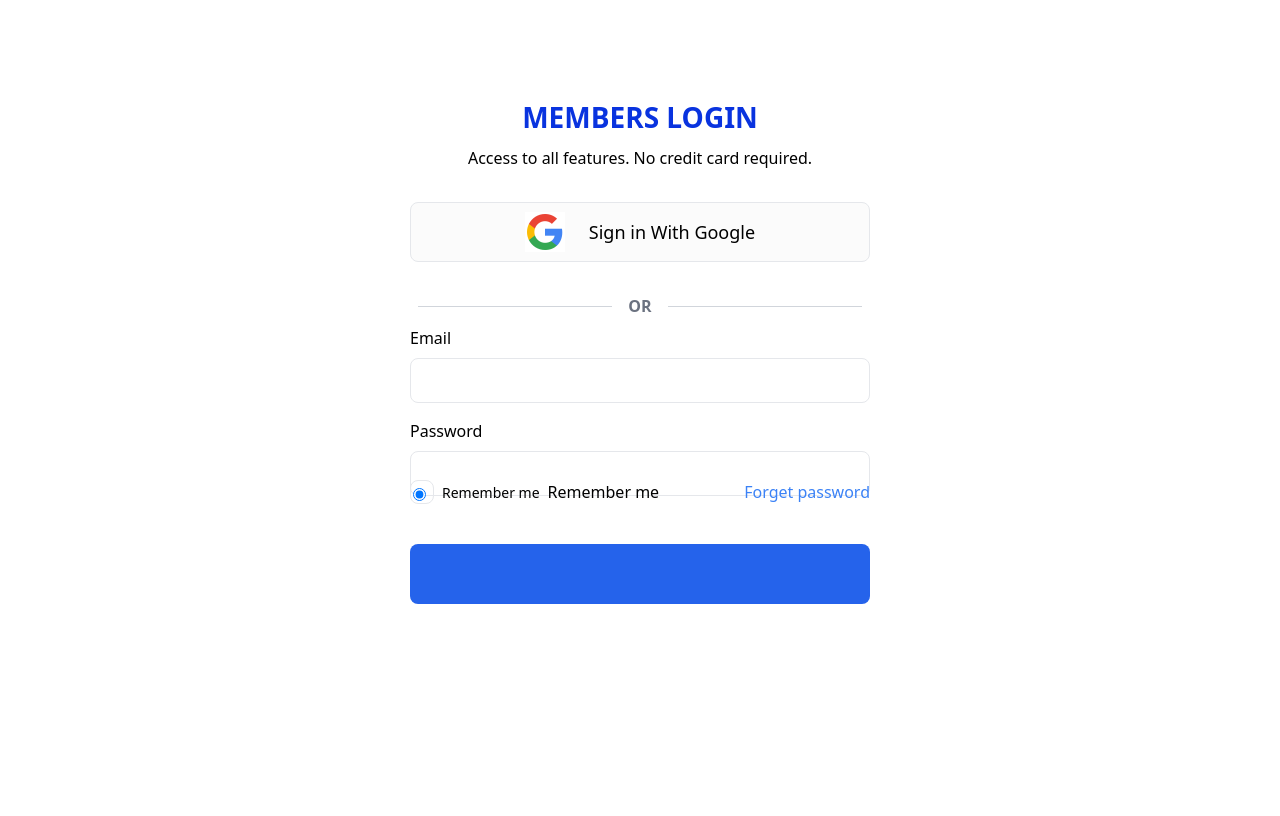
Repository: MaramMaryam/login
Page: login.html
The author's editor kept a copy of each file at every save. The page is drawn from the files as they stood at one save, then again after the next save.
The browser window is 1280 px wide. The pictures show the whole page.
Some web libraries are served in a nearby version.

Above is the page before, as saved 2023-06-29 11:56:03.

### login.html
<!DOCTYPE html>
<html lang="en">

<head>
    <meta charset="UTF-8">
    <meta http-equiv="X-UA-Compatible" content="IE=edge">
    <meta name="viewport" content="width=device-width, initial-scale=1.0">
    <!-- <link href="https://cdn.jsdelivr.net/npm/tailwindcss@2.2.15/dist/tailwind.min.css" rel="stylesheet"> -->
    <script src="https://cdn.tailwindcss.com"></script>
    <title>Login</title>
</head>

<body>
    <section class="flex items-center flex-col min-h-screen mt-24 w-full max-w-[460px] text-left m-auto">
        <h2 class="text-[#0933DF] uppercase font-bold text-[28px]">
            <!-- Login Title -->
            MEMBERS LOGIN
        </h2>
        <p class="font-light mt-2">
            <!-- Login Description -->
            Access to all features. No credit card required.
        </p>
        <button
            class="w-full h-[60px] bg-[#FBFBFB] border border[#E3E3E3] rounded-lg flex items-center justify-center my-8">
            <!-- Google Icon (SVG or Image tag) -->
            <svg class="google-icon" xmlns="http://www.w3.org/2000/svg" xmlns:xlink="http://www.w3.org/1999/xlink"
                width="40" height="40" viewBox="0 0 40 40">
                <image id="g-logo" width="40" height="40"
                    xlink:href="data:[embedded picture, 2386 characters]">
                </image>
            </svg>
            <span class="text-lg font-light ml-6">
                <!-- Google Register Label -->
                Sign in With Google
            </span>
        </button>
        <div class="flex items-center w-full">
            <div class="flex-grow border-t border-gray-300 mx-2"></div>
            <span class="text-gray-500 mx-2 font-semibold">
                <!-- OR Text -->
                OR
            </span>
            <div class="flex-grow border-t border-gray-300 mx-2"></div>
        </div>
        <form class="w-full">
            <div class=" my-2">
                <div class="flex flex-col">
                    <label class="mb-2">Email</label>
                    <div class="flex bg-white items-center border border-alto-main rounded-[8px] h-[45px]">
                        <input class="bg-transparent border-none w-full h-full p-2 outline-none" />
                    </div>
                </div>
            </div>
            <div class="h-[45px] my-4">
                <div class="flex flex-col">
                    <label class="mb-2">Password</label>
                    <div class="flex bg-white items-center border border-alto-main rounded-[8px] h-[45px]">
                        <input class="bg-transparent border-none w-full h-full p-2 outline-none" />
                    </div>
                </div>
            </div>
            <div class="flex items-center justify-between my-2">
                <label class="flex items-center cursor-pointer">
                    <div class="flex items-center">
                        <div

                            class="cursor-pointer outline-none w-[24px] h-[24px] border border-alto-main p-[2px] rounded-[8px]"
                        >
                            <div
                                class="w-full h-full rounded-[4px]"
                            >
                                <input className="hidden" type="radio" checked="checked" />
                            </div>
                        </div>
                            <label
                                htmlFor="radio-button"
                                class="ml-2 text-[14px] font-n"
                            >
                            Remember me
                            </label>

                    </div>
                    <span class="ml-2">Remember me</span>
                </label>
                <a href="/" class="text-blue-500">
                    Forget password
                </a>
            </div>
            <button class="h-[60px] w-full bg-blue-600 hover:opacity-80 mt-8 text-white uppercase rounded-lg" disabled>
                <!-- Login Label -->
            </button>
            <p class="my-8 font-light text-center">
                <!-- Have Account Text -->
                <a href="/register/create" class="text-blue-600 font-normal">
                    <!-- Create Account Label -->
                </a>
            </p>
        </form>
    </section>
</body>

</html>

After the next save:
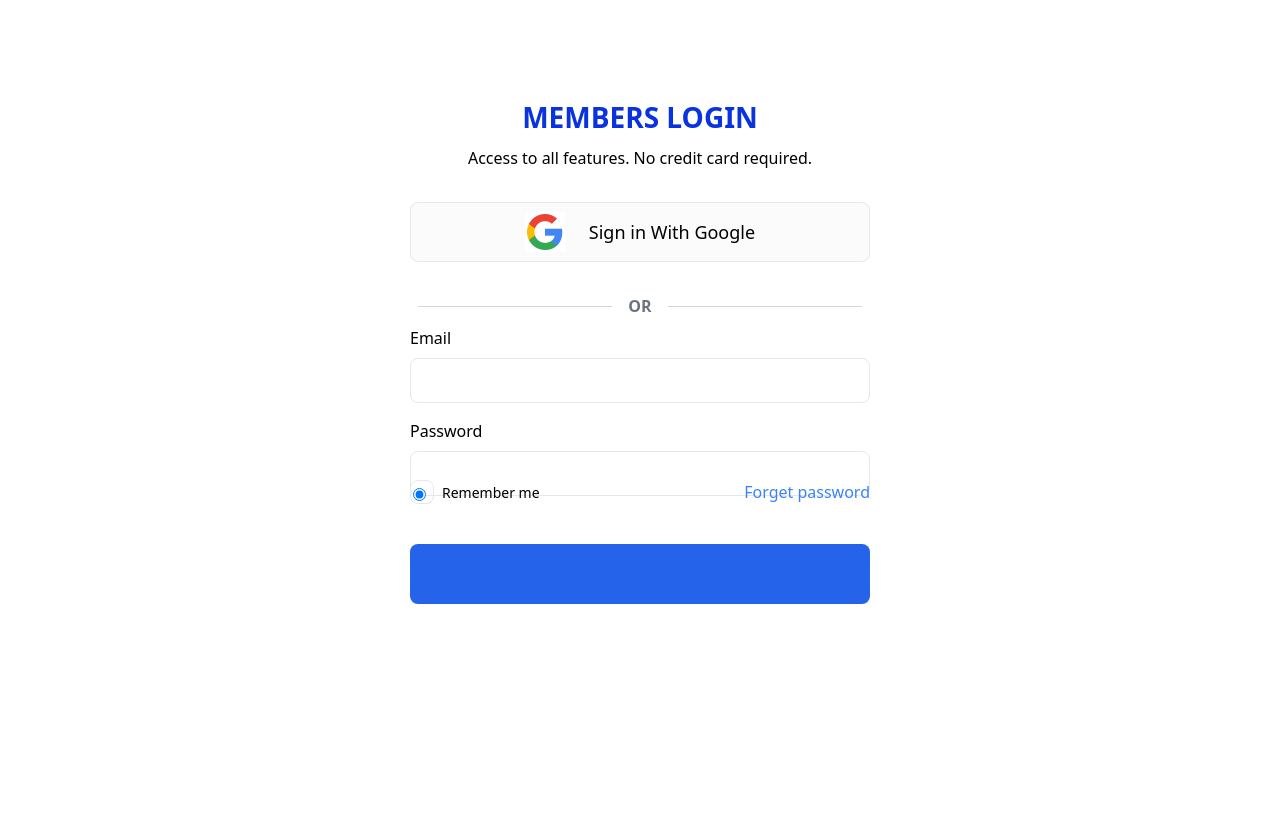
Saved 15 s later.
--- a/login.html
+++ b/login.html
@@ -80,7 +80,6 @@
                             </label>
 
                     </div>
-                    <span class="ml-2">Remember me</span>
                 </label>
                 <a href="/" class="text-blue-500">
                     Forget password
